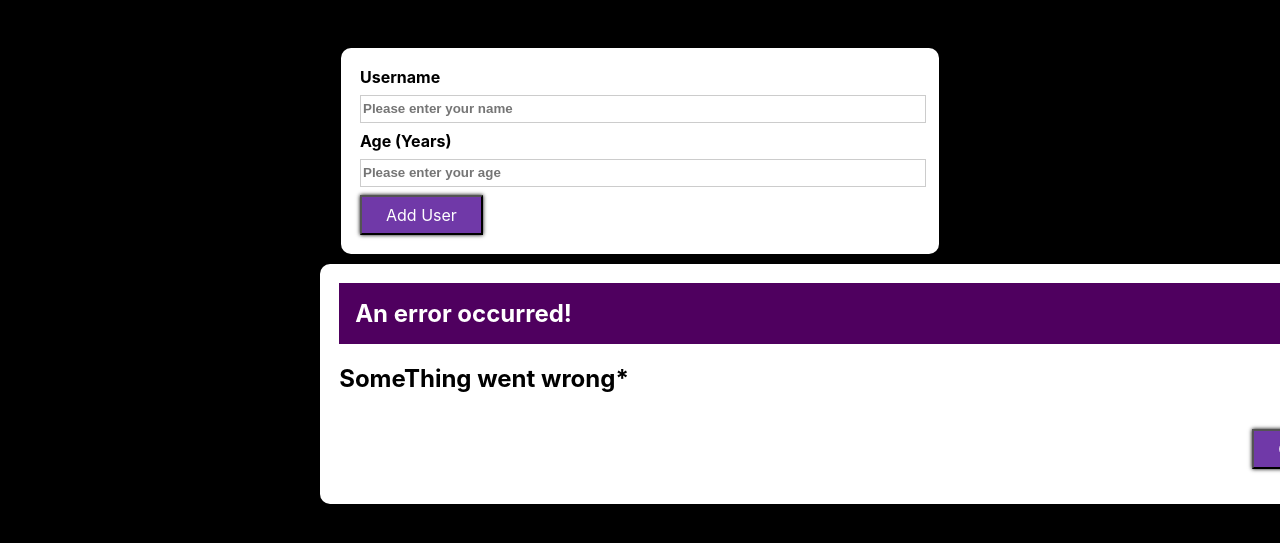
Repository: NamalPathirana/section-eight
Page: /
These files come from the project's save history. The page is drawn as it stood at one moment and after the next save; the edit follows.
The browser window is 1280 px wide. The pictures show the whole page.
The project was rebuilt for these pictures with package versions that can differ from the ones it lists, and the page was loaded fresh each time. Also part of the build but not shown: src/App.module.css.

Above is the page before, as saved 2021-12-04 14:26:32.

After the next save:
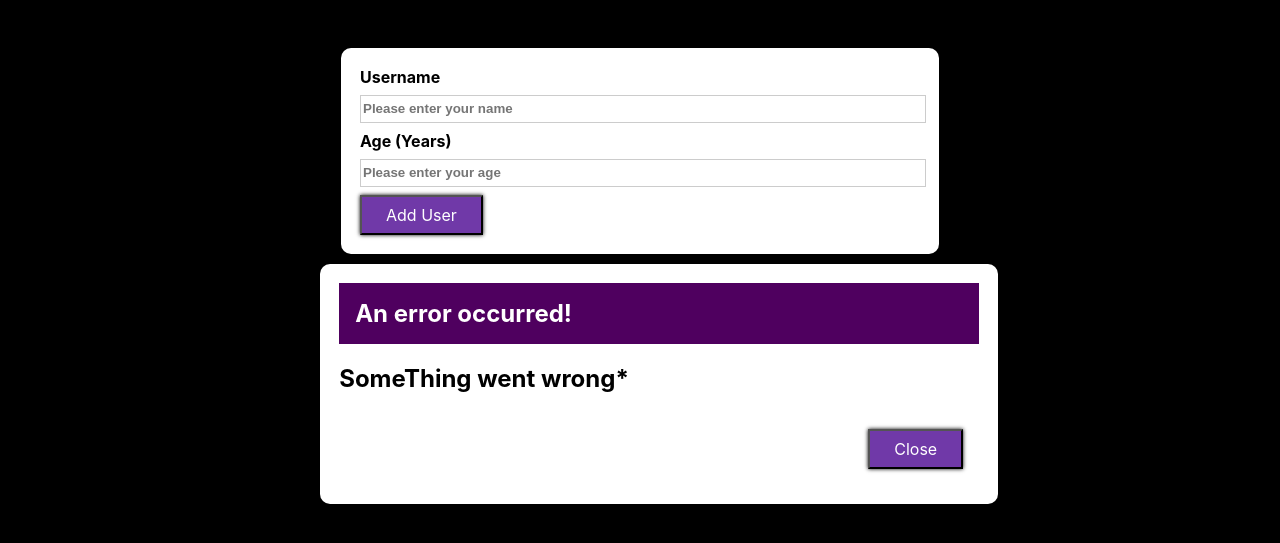
Saved 10 s later.
--- a/src/UI/ErrorModal/ErrorModal.module.css
+++ b/src/UI/ErrorModal/ErrorModal.module.css
@@ -30,5 +30,6 @@
 @media (min-width:750px) {
     .modal{
         left: calc(50% - 20rem);
+        width: 40rem;
     }
 }
